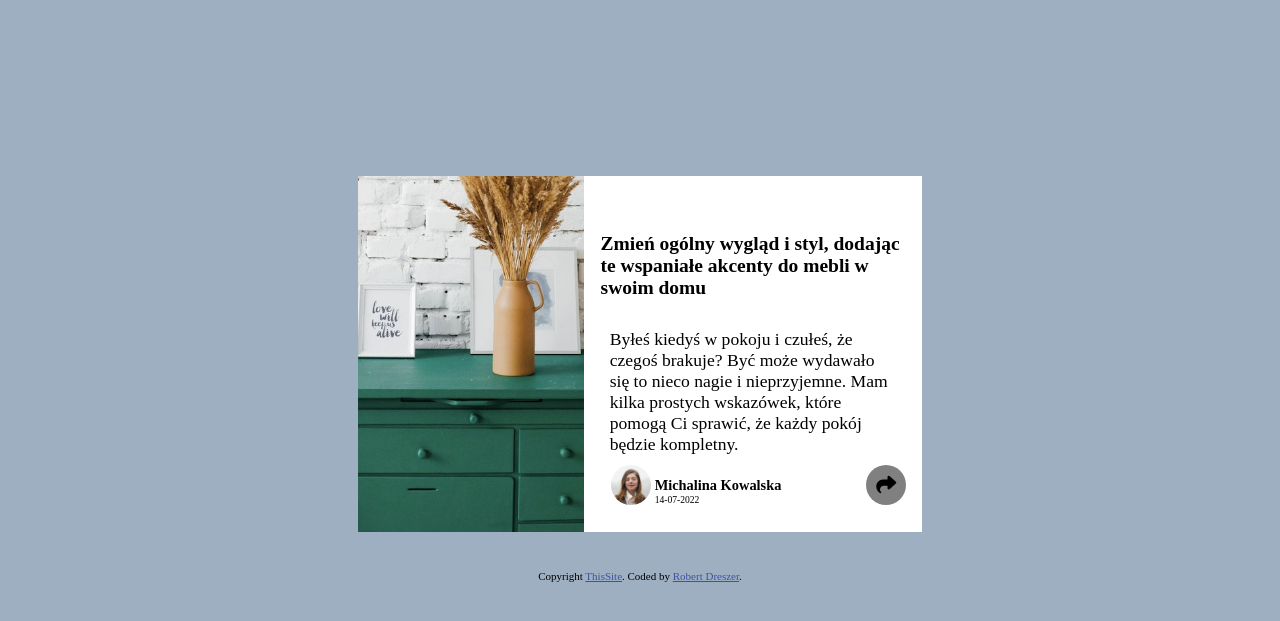
Repository: RobertDsr/komponent-podgl-du-produktu
Page: index.html
An editor plug-in stored every save of this project. The page is shown before and after a run of saves, followed by the edit.
The browser window is 1280 px wide. The pictures show the whole page.
Some web libraries are served in a nearby version. The style sheet was rebuilt from its Sass, Less or Tailwind sources for each picture, by a compiler version that may differ from the author's.

Above is the page before, as saved 2022-07-14 14:26:04.

After the next 3 saves:
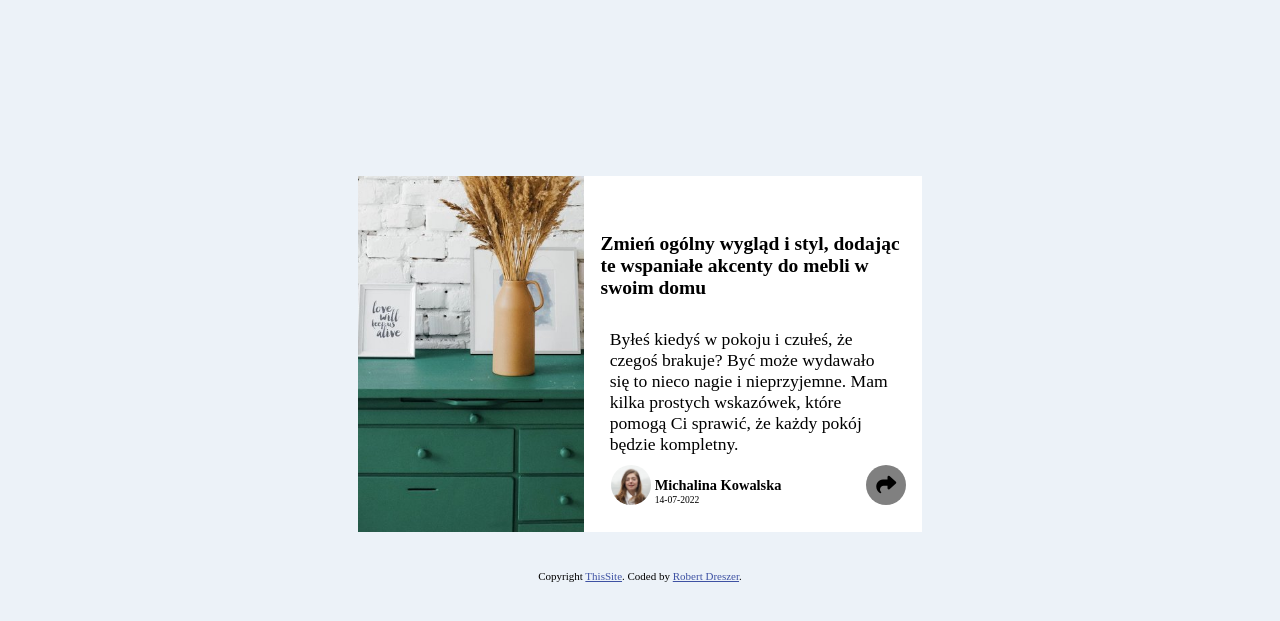
The 3 saves are shown as one change because they came seconds apart.
The last was saved 22 s later.
--- a/design/scss/main.scss
+++ b/design/scss/main.scss
@@ -15,7 +15,7 @@ body {
 
 .wrapper {
     align-items: center;
-    background-color: var(--Grayish-Blue);
+    background-color: var(--Light-Grayish-Blue);
     display: flex;
     flex-direction: column;
     justify-content: center;
